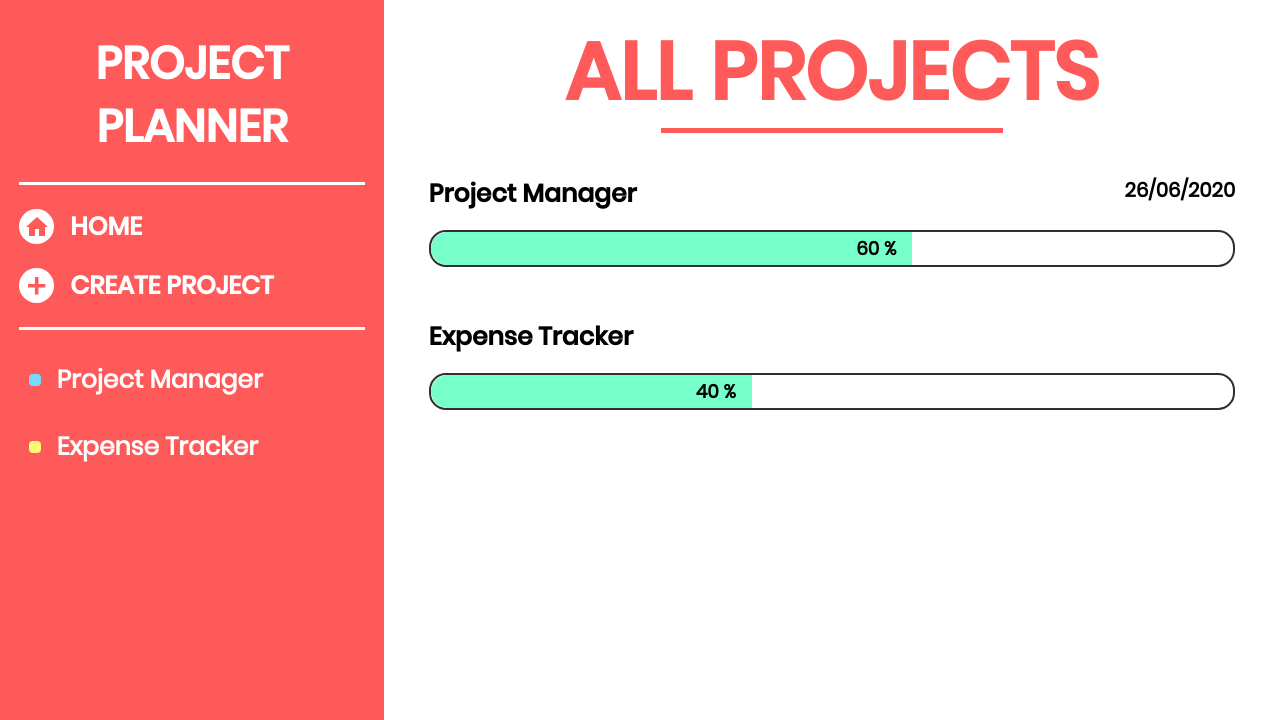
Repository: AzharMoosa/project-manager
Page: /
The author's editor kept a copy of each file at every save. The page is drawn from the files as they stood at one save, then again after the next save.
The browser window is 1280 px wide. The pictures show the whole page.
The project was rebuilt for these pictures with package versions that can differ from the ones it lists, and the page was loaded fresh each time.

Above is the page before, as saved 2020-06-22 11:11:39.

After the next save:
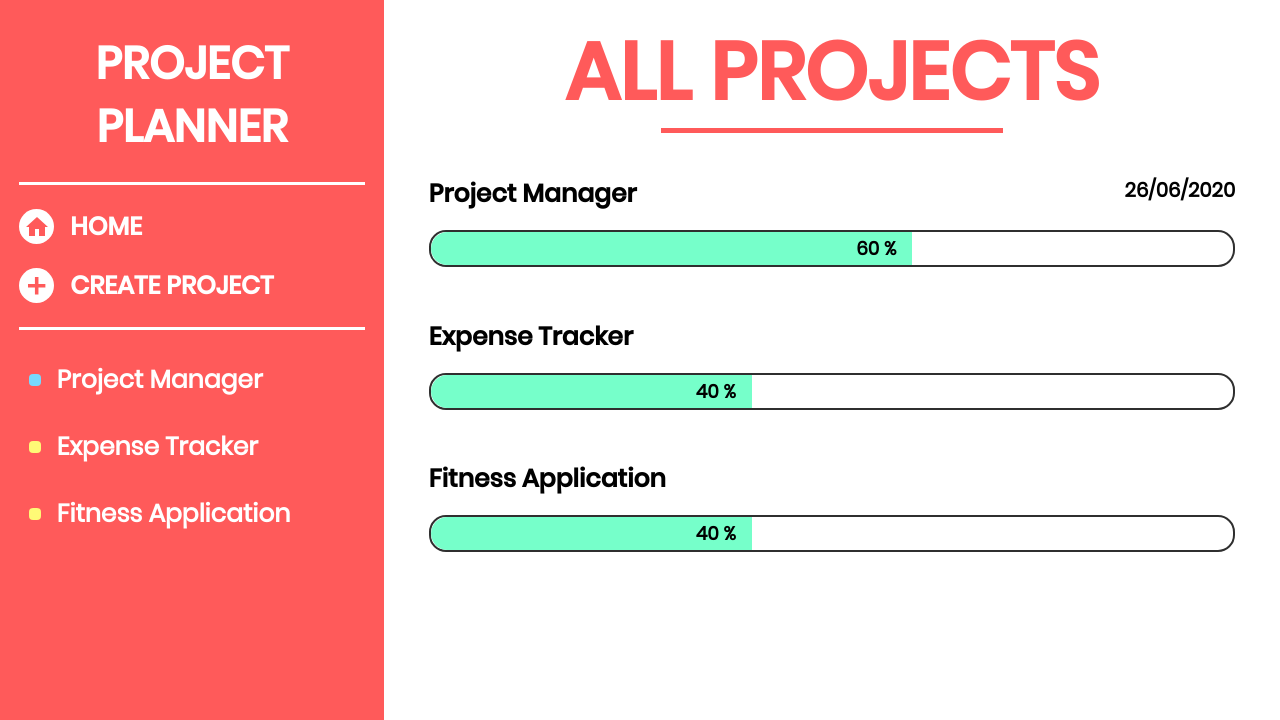
Saved 52 s later.
--- a/src/ProjectContext.js
+++ b/src/ProjectContext.js
@@ -41,6 +41,24 @@ export const ProjectProvider = (props) => {
       date: "",
       id: 2032,
     },
+
+    {
+      name: "Fitness Application",
+      overview:
+        "A expense tracker application which allows you to budget and track your savings.  Track what expenses you have",
+      tools: ["HTML", "CSS", "JAVASCRIPT", "REACT"],
+      progress: 40,
+      tasks: [
+        "Expenses In And Out",
+        "Current Balance",
+        "Highest Money Out",
+        "Clean And Simple Design",
+        "Use REACT",
+      ],
+      color: "yellow",
+      date: "",
+      id: 2032,
+    },
   ]);
 
   return (
